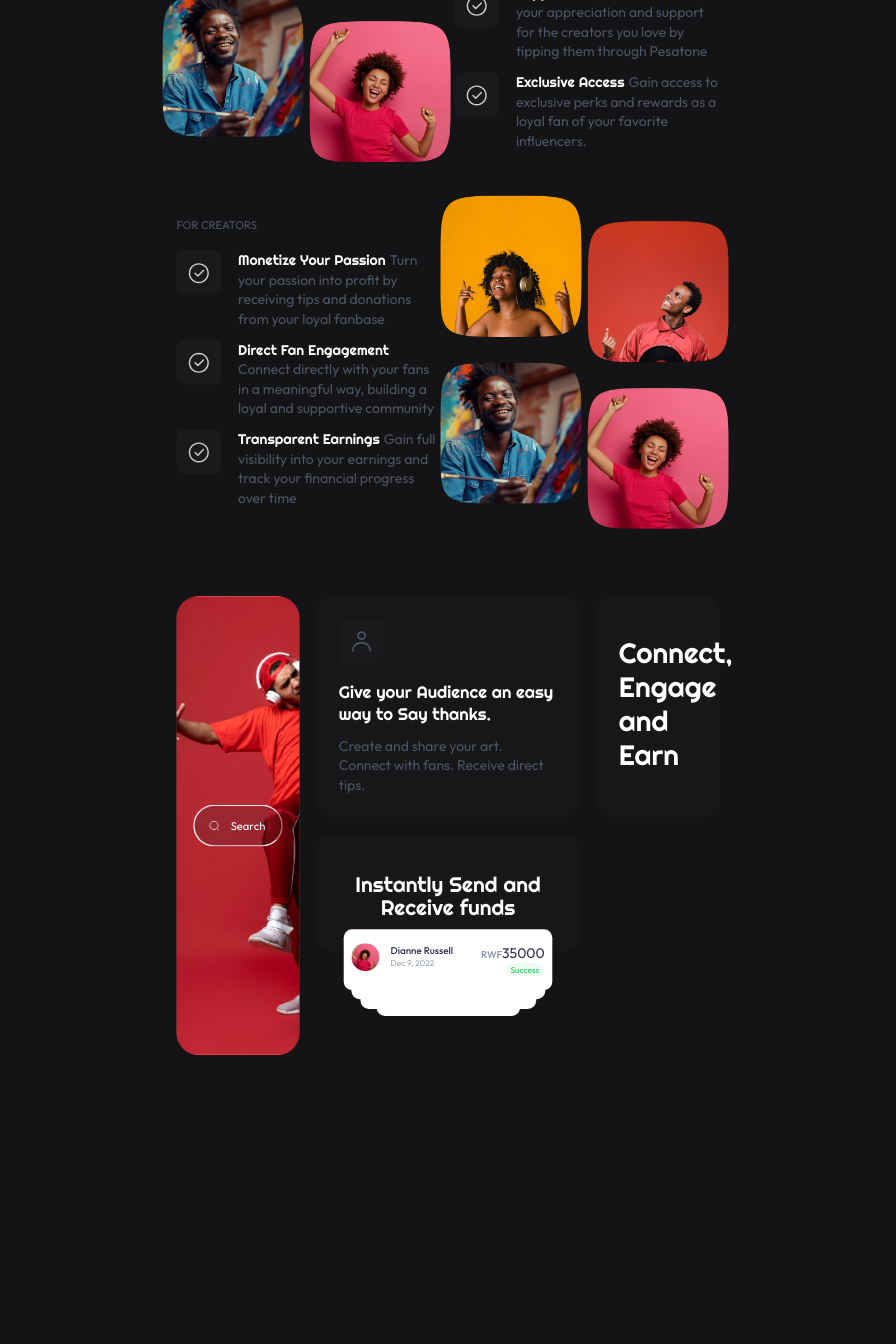
Repository: felixdusengimana/capstone-project-mirror
Page: / (app in frontend/)
An editor plug-in stored every save of this project. The page is shown before and after the next save, followed by the edit.
The browser window is 1280 px wide. The pictures show the part of the page from y = 2169 to 4089 px (the page is 4089 px tall), at 70% of full size.
The project was rebuilt for these pictures with package versions that can differ from the ones it lists, and the page was loaded fresh each time. The framework's server and built-in components were replaced by stand-ins that run in the browser. Also part of the build but not shown: frontend/next.config.mjs.

Above is the page before, as saved 2024-03-11 17:17:07.

### frontend/app/layout.tsx
import type { Metadata } from "next";
import { Righteous, Outfit } from "next/font/google";
import "./globals.css";

const outfit = Outfit({ subsets: ["latin"], variable: "--font-outfit" });
const righteous = Righteous({
  subsets: ["latin"],
  variable: "--font-righteous",
  weight: "400",
});

export const metadata: Metadata = {
  title: "Pesatone - Search and gift your favorite creators",
  description:
    "A place where fans show gratitude to the African content creators they love!",
};

export default function RootLayout({
  children,
}: Readonly<{
  children: React.ReactNode;
}>) {
  return (
    <html lang="en">
      <body className={`${outfit.variable} ${righteous.variable} font-sans`}>
        {children}
      </body>
    </html>
  );
}

### frontend/app/page.tsx
import Avatar from "@/components/atoms/Avatar";
import Headline from "@/components/atoms/Headline";
import Card from "@/components/molecules/Card";
import CardIcon from "@/components/molecules/CardIcon";
import Search from "@/components/molecules/Search";
import SmallCard from "@/components/molecules/SmallCard";
import Transaction from "@/components/molecules/Transaction";
import Intro from "@/components/organisms/Intro";
import Navbar from "@/components/organisms/Navbar";
import Image from "next/image";
import React from "react";

export default function page() {
  return (
    <div className="py-[73px]">
      <Navbar />
      <Intro />
      <section className="mt-24 page-padding">
        <div className="max-w-[503px] mx-auto text-center">
          <h5 className="uppercase text-gray-600 mb-4">features</h5>
          <Headline className="text-4xl text-center">
            Unleash Your Influence with Our Exclusive Features
          </Headline>
        </div>
        <div className="grid grid-cols-3 gap-[18px] mt-12">
          <Card title="Secure Transactions" icon="secure">
            Pesatone employs advanced encryption for secure transactions,
            safeguarding you and your fans
          </Card>
          <Card title="Direct Engagement" icon="fast">
            Connect instantly with followers through Pesatone&apos;s
            user-friendly interface, fostering community and stronger
            relationships
          </Card>
          <Card title="Transparent Earnings" icon="dollar">
            Gain clear insight into earnings with Pesatone, easily tracking tips
            and donations for effective financial management
          </Card>
        </div>
      </section>

      <section className="mt-24 page-padding">
        <div className="max-w-[543px] mx-auto text-center">
          <h5 className="uppercase text-gray-600 mb-4">BENEFITS</h5>
          <Headline className="text-4xl text-center">
            Experience the Benefits: Pesatone for Fans and Creators
          </Headline>
        </div>
        <div className="grid grid-cols-2 gap-[18px] mt-12">
          <div className="grid grid-cols-2 w-fit">
            <Avatar
              alt="Profile 1"
              src="/profiles/profile4.png"
              size="2xl"
              circle={false}
              className="ml-[-20px]"
            />
            <Avatar
              alt="Profile 2"
              src={"/profiles/profile3.png"}
              size="2xl"
              circle={false}
              className="mt-[36px]"
            />
            <Avatar
              alt="Profile 3"
              src={"/profiles/profile2.png"}
              size="2xl"
              circle={false}
              className="ml-[-20px]"
            />
            <Avatar
              alt="Profile 4"
              src={"/profiles/profile1.png"}
              size="2xl"
              circle={false}
              className="mt-[36px]"
            />
          </div>
          <div className="flex flex-col justify-center">
            <h5 className="uppercase text-gray-600 mb-6">For Fans</h5>
            <div className="flex flex-col gap-4">
              <SmallCard icon="check" title="Direct Interaction">
                Engage directly with your favorite influencers, fostering a
                closer connection and deeper relationship
              </SmallCard>
              <SmallCard icon="check" title="Support Your Favorites">
                Show your appreciation and support for the creators you love by
                tipping them through Pesatone
              </SmallCard>
              <SmallCard icon="check" title="Exclusive Access ">
                Gain access to exclusive perks and rewards as a loyal fan of
                your favorite influencers.
              </SmallCard>
            </div>
          </div>
        </div>

        <div className="grid grid-cols-2 gap-[18px]  mt-12">
          <div className="flex flex-col justify-center">
            <h5 className="uppercase text-gray-600 mb-6">For creators</h5>
            <div className="flex flex-col gap-4">
              <SmallCard icon="check" title="Monetize Your Passion">
                Turn your passion into profit by receiving tips and donations
                from your loyal fanbase
              </SmallCard>
              <SmallCard icon="check" title="Direct Fan Engagement">
                Connect directly with your fans in a meaningful way, building a
                loyal and supportive community
              </SmallCard>
              <SmallCard icon="check" title="Transparent Earnings">
                Gain full visibility into your earnings and track your financial
                progress over time
              </SmallCard>
            </div>
          </div>
          <div className="grid grid-cols-2 ml-auto w-fit">
            <Avatar
              alt="Profile 1"
              src="/profiles/profile4.png"
              size="2xl"
              circle={false}
              className="ml-[-20px]"
            />
            <Avatar
              alt="Profile 2"
              src={"/profiles/profile3.png"}
              size="2xl"
              circle={false}
              className="mt-[36px]"
            />
            <Avatar
              alt="Profile 3"
              src={"/profiles/profile2.png"}
              size="2xl"
              circle={false}
              className="ml-[-20px]"
            />
            <Avatar
              alt="Profile 4"
              src={"/profiles/profile1.png"}
              size="2xl"
              circle={false}
              className="mt-[36px]"
            />
          </div>
        </div>
      </section>

      <section className="mt-24 page-padding">
        <div className="grid grid-cols-4 grid-rows-3 min-h-[862px] gap-6">
          <div className="bg-[url('/creator-bg.png')] bg-cover bg-no-repeat row-span-2 bg-red-400 rounded-[32px] px-6 flex items-center justify-center">
            <Search className="border-2 border-r-[#ffffff79] " />
          </div>
          <div className="col-span-2">
            <Card
              title={
                <p className="max-w-[374px]">
                  Give your Audience an easy way to Say thanks.
                </p>
              }
              icon="user"
              className="max-w-full"
            >
              Create and share your art. Connect with fans. Receive direct tips.
            </Card>
          </div>
          <Card
            title={
              <p className="text-[40px] leading-[49px]">
                Connect, Engage and Earn
              </p>
            }
          >
            {""}
          </Card>
          <div className="col-span-2">
            <Card
              className="max-w-full"
              title={
                <p className="w-full text-center max-w-[277px] text-[30px] mx-auto">
                  Instantly Send and Receive funds
                </p>
              }
            >
              <div className="max-w-[316px] flex justify-center mx-auto relative">
                <Transaction
                  className="absolute z-40"
                  currency="RWF"
                  status="completed"
                  date={"Dec 9, 2022"}
                  user={{
                    name: "Dianne Russell",
                    photo: "/profiles/profile1.png",
                  }}
                  amount={35000}
                />
                <Transaction
                  className="absolute top-1 max-w-[277px] z-30 bg-[#66666E]"
                  currency="RWF"
                  status="completed"
                  date={"Dec 9, 2022"}
                  user={{
                    name: "Dianne Russell",
                    photo: "/profiles/profile1.png",
                  }}
                  amount={35000}
                />
                <Transaction
                  className="absolute top-[1.5px] max-w-[251px] z-20 bg-[#404045]"
                  currency="RWF"
                  status="completed"
                  date={"Dec 9, 2022"}
                  user={{
                    name: "Dianne Russell",
                    photo: "/profiles/profile1.png",
                  }}
                  amount={35000}
                />
                <Transaction
                  className="absolute top-3 max-w-[205px] z-10 bg-[#3B3B40]"
                  currency="RWF"
                  status="completed"
                  date={"Dec 9, 2022"}
                  user={{
                    name: "Dianne Russell",
                    photo: "/profiles/profile1.png",
                  }}
                  amount={35000}
                />
              </div>
            </Card>
          </div>
        </div>
      </section>
    </div>
  );
}

### frontend/app/globals.css
@tailwind base;
@tailwind components;
@tailwind utilities;

:root {
  --bg: #141416;
  --bg-hover: #232326;
  --secondary-color: #17171A;
  --foreground-rgb: 0, 0, 0;
  --background-start-rgb: 214, 219, 220;
  --background-end-rgb: 255, 255, 255;
}

@media (prefers-color-scheme: dark) {
  :root {
    --foreground-rgb: 255, 255, 255;
    --background-start-rgb: 0, 0, 0;
    --background-end-rgb: 0, 0, 0;
  }
}

body {
  background: var(--bg);
  color: rgb(var(--foreground-rgb));
}

@layer utilities {
  .text-balance {
    text-wrap: balance;
  }
}

.page-padding {
  padding: 0 252px;
}

### frontend/components/atoms/Avatar.tsx
/* eslint-disable @next/next/no-img-element */
import { ComponentProps } from "react";
import Icon from "./Icon";

interface AvatarProps extends ComponentProps<"div"> {
  src: string;
  alt?: string;
  size?: "sm" | "md" | "lg" | "xl" | "2xl";
  circle?: boolean;
  bordered?: boolean;
  fallBackText?: string;
}
export default function Avatar({ ...props }: AvatarProps) {
  const {
    src,
    alt,
    size = "sm",
    circle = true,
    fallBackText,
    bordered,
    ...rest
  } = props;

  const sizeClasses = {
    sm: "w-10 h-10",
    md: "w-12 h-12",
    lg: "w-16 h-16",
    xl: "w-[150px] h-[150px]",
    "2xl": "w-[202px] h-[202px]",
  };

  return (
    <div
      {...rest}
      className={`${src ? "bg-transparent" : "bg-gray-100"} ${
        circle ? "rounded-full" : "rounded"
      } ${bordered ? "border-2 border-white" : ""} ${sizeClasses[size]} ${
        rest.className
      } flex items-center justify-center overflow-hidden`}
    >
      {src ? (
        <img
          src={src}
          alt={alt}
          className={`w-full ${sizeClasses[size]} object-cover`}
        />
      ) : fallBackText ? (
        fallBackText
      ) : (
        <Icon name="user" />
      )}
    </div>
  );
}

### frontend/components/atoms/Headline.tsx
import { ComponentProps } from "react";

interface HeadlineProps extends ComponentProps<"h1"> {}

export default function Headline({ ...props }: HeadlineProps) {
  return (
    <div className={`font-mono text-white ${props.className}`}>
      {props.children}
    </div>
  );
}

### frontend/components/molecules/Card.tsx
import { ComponentProps, ReactNode } from "react";
import { IconNames } from "../atoms/Icon";
import Headline from "../atoms/Headline";
import CardIcon from "./CardIcon";

interface CardProps {
  icon?: IconNames;
  title?: ReactNode | string;
  className?: string;
  children: ReactNode;
}

export default function Card({ ...props }: CardProps) {
  const { icon, title, ...rest } = props;
  return (
    <div className={`bg-[#171719] p-8 rounded-[23px]`}>
      {icon && <CardIcon icon={icon} />}
      <Headline className="text-2xl font-normal mt-6 w-full">{title}</Headline>
      <div
        className={`text-gray-600 font-normal text-xl mt-4 max-w-[333px] ${props.className}`}
      >
        {props.children}
      </div>
    </div>
  );
}

### frontend/components/molecules/Search.tsx
"use client";
import { ComponentProps, useEffect, useState } from "react";
import Icon from "../atoms/Icon";

interface SearchProps extends ComponentProps<"div"> {
  placeholder?: string;
  onSearch?: (query: string) => void;
  onClear?: () => void;
}
export default function Search({
  placeholder = "Search for creators",
  onSearch,
  onClear,
  ...props
}: SearchProps) {
  const [query, setQuery] = useState("");

  // return value after 300ms
  useEffect(
    () => {
      const timer = setTimeout(() => {
        onSearch?.(query);
      }, 300);
      return () => clearTimeout(timer);
    },
    // eslint-disable-next-line react-hooks/exhaustive-deps
    [query]
  );

  return (
    <div
      {...props}
      className={`flex bg-[#2C2C3033] px-5 py-4 gap-4 rounded-full ${props.className}`}
    >
      <Icon name="search" onClick={() => onSearch?.(query)} />
      <input
        disabled
        type="text"
        placeholder={placeholder}
        className="w-full text-white placeholder:text-white bg-transparent outline-none"
        onChange={(e) => setQuery(e.target.value)}
      />
    </div>
  );
}

### frontend/components/molecules/SmallCard.tsx
import { ComponentProps } from "react";
import { IconNames } from "../atoms/Icon";
import CardIcon from "./CardIcon";

interface SmallCardProps extends ComponentProps<"div"> {
  icon: IconNames;
  title: string;
}

export default function SmallCard({ ...props }: SmallCardProps) {
  return (
    <div className="flex gap-6">
      <CardIcon icon={props.icon} />
      <p className="text-gray-600 font-normal text-xl">
        <span className="text-white font-mono">{props.title} </span>
        {props.children}
      </p>
    </div>
  );
}

### frontend/components/molecules/Transaction.tsx
import Avatar from "../atoms/Avatar";
import Pill from "../atoms/Pill";

interface TransactionProps {
  user: {
    name: string;
    photo: string;
  };
  date: string;
  currency: string;
  amount: number;
  status: "pending" | "completed" | "rejected";
  className?: string;
}
export default function Transaction({
  user,
  date,
  currency,
  amount,
  status,
  className,
}: TransactionProps) {
  return (
    <div
      className={`flex justify-between gap-10 rounded-xl bg-white px-[11px] py-5 ${className}`}
    >
      <div className="flex gap-4">
        <Avatar src={user.photo} alt={user.name} />
        <div>
          <p className="text-sm font-medium text-[#2A2F4E]">{user.name}</p>
          <p className="text-gray-400 text-xs">{date}</p>
        </div>
      </div>
      <div className="flex flex-col items-end">
        <p className="font-normal text-[#2A2F4E]">
          <span className="font-medium text-[#838AA2] text-sm">{currency}</span>
          {amount.toString()}
        </p>
        <Pill variant={status === "pending" ? "warning" : "success"}>
          {status === "pending" ? "Pending" : "Success"}
        </Pill>
      </div>
    </div>
  );
}

### frontend/components/organisms/Intro.tsx
"use client";

import Headline from "@/components/atoms/Headline";
import Search from "@/components/molecules/Search";
import DownloadApp from "../molecules/DownloadApp";

export default function Intro() {
  return (
    <div className="grid grid-cols-2 pl-[252px]">
      <div className="mt-40">
        <Headline className="text-[64px] leading-[79.47px]">
          Search and gift your favorite creators
        </Headline>
        <p className="text-xl text-gray-600 max-w-[535px] mt-5">
          A place where fans show gratitude to the African content creators they
          love!
        </p>
        <Search className="max-w-[502px] mt-10" />

        <p className="text-gray-600 mt-24 text-base">
          Trusted Users <br />
          Rated 4.5 by 700K+ Customers
        </p>
        <div className="flex gap-6 mt-6">
          <DownloadApp os="android" />
          <DownloadApp os="ios" className="px-[42px]" />
        </div>
      </div>
      <div className="h-full w-full">
        {/* eslint-disable-next-line @next/next/no-img-element */}
        <img src="./home-bg.png" alt="" className="w-full h-full" />
      </div>
    </div>
  );
}

### frontend/components/organisms/Navbar.tsx
import Image from "next/image";
import Button from "../atoms/Button";
import Link from "next/link";

export default function Navbar() {
  return (
    <div className="page-padding flex justify-between items-center">
      <Link href={"/"} className="flex  items-center gap-2">
        <Image
          src="/logo-white.png"
          alt="PESATONElogo"
          width={40}
          height={40}
        />
        <p className="text-sm">ESATONE</p>
      </Link>
      <div className="flex items-center gap-6">
        <Link href={"/login"}>
          <Button variant="secondary" className="px-12">
            Login
          </Button>
        </Link>
        <Link href={"/join"}>
          <Button variant="white" className="font-semibold">
            Sign up free
          </Button>
        </Link>
      </div>
    </div>
  );
}

### frontend/components/molecules/CardIcon.tsx
import React from "react";
import Icon, { IconNames } from "../atoms/Icon";

export default function CardIcon({ icon }: { icon: IconNames }) {
  return (
    <div className="w-16 min-w-[64px] h-16 rounded-[11px] bg-[#1A1A1C] flex items-center justify-center">
      <Icon name={icon} />
    </div>
  );
}

### frontend/components/atoms/Pill.tsx
import { ComponentProps } from "react";

interface PillProps extends ComponentProps<"div"> {
  variant?: "success" | "warning" | "error";
}
export default function Pill({ variant, ...rest }: PillProps) {
  return (
    <div
      {...rest}
      className={`px-2 py-[1.5px] rounded-full text-xs font-normal  w-fit ${
        variant === "success"
          ? "bg-[#EFFCF3] text-[#22C45E]"
          : variant === "warning"
          ? "bg-[#FFF4E5] text-[#F9A825]"
          : "bg-[#FCE8E6] text-[#EA4335]"
      } ${rest.className}`}
    >
      {rest.children}
    </div>
  );
}

### frontend/components/molecules/DownloadApp.tsx
import { ComponentProps } from "react";
import Icon from "../atoms/Icon";

interface DownloadAppProps extends ComponentProps<"div"> {
  os: "android" | "ios";
}

export default function DownloadApp({ os, ...props }: DownloadAppProps) {
  return (
    <div
      {...props}
      className={`flex items-center gap-4 px-10 py-4 border border-[#202024] bg-[#202024] rounded-full cursor-pointer min-w-[202.09px]`}
    >
      <Icon name={os == "android" ? "google-play" : "apple-store"} />
      <div>
        <p className="text-[#DBDBDB] font-medium text-[10px]">
          {os == "android" ? "Get it On" : "Download on the"}
        </p>
        <h3 className="text-[#DBDBDB] font-bold text-sm">
          {os == "android" ? "Google Play" : "App Store"}
        </h3>
      </div>
    </div>
  );
}

### frontend/components/atoms/Button.tsx
import { ComponentProps } from "react";

interface ButtonProps extends ComponentProps<"button"> {
  variant?: "dark" | "white" | "blurred" | "secondary";
  size?: "sm" | "md" | "lg";
  bordered?: boolean;
}

export default function Button({ ...props }: ButtonProps) {
  const { variant = "dark", size = "md", bordered = false } = props;

  const variantClasses = {
    dark: "bg-black text-white",
    white: "bg-white text-black",
    secondary: "bg-secondary text-white",
    blurred: "bg-blurred text-white",
  };

  const sizeClasses = {
    sm: "px-2 py-1",
    md: "px-8 py-4",
    lg: "px-6 py-3",
  };

  const borderClasses = bordered ? "border border-black" : "";

  return (
    <button
      {...props}
      className={`text-xl font-normal rounded-full ${variantClasses[variant]} ${sizeClasses[size]} ${borderClasses} ${props.className}`}
    >
      {props.children}
    </button>
  );
}

### frontend/tailwind.config.ts
import type { Config } from "tailwindcss";

const config: Config = {
  content: [
    "./pages/**/*.{js,ts,jsx,tsx,mdx}",
    "./components/**/*.{js,ts,jsx,tsx,mdx}",
    "./app/**/*.{js,ts,jsx,tsx,mdx}",
  ],
  theme: {
    extend: {
      // backgroundImage: {
      //   "gradient-radial": "radial-gradient(var(--tw-gradient-stops))",
      //   "gradient-conic":
      //     "conic-gradient(from 180deg at 50% 50%, var(--tw-gradient-stops))",
      // },
      fontFamily: {
        sans: ["var(--font-outfit)"],
        mono: ["var(--font-righteous)"],
      },
      colors: {
        secondary: "var(--secondary-color)",
      },
    },
  },
  plugins: [],
};
export default config;

Loaded but not shown: frontend/components/atoms/Icon.tsx (241 lines, source omitted)

After the next save:
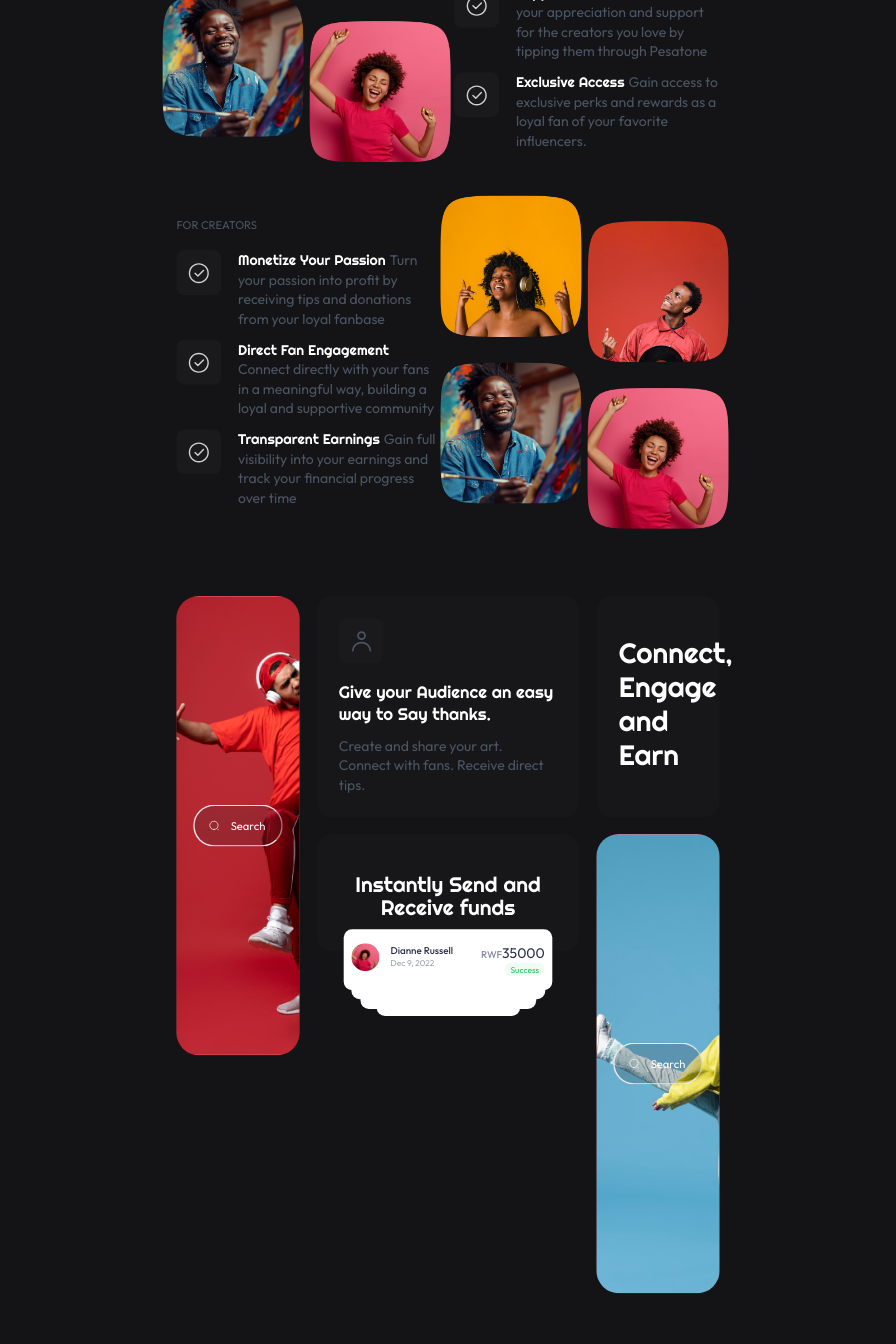
Saved 2 min 48 s later.
--- a/frontend/app/page.tsx
+++ b/frontend/app/page.tsx
@@ -231,6 +231,10 @@ export default function page() {
               </div>
             </Card>
           </div>
+
+          <div className="bg-[url('/sent-bg.png')] bg-cover bg-no-repeat row-span-2 bg-red-400 rounded-[32px] px-6 flex items-center justify-center">
+            <Search className="border-2 border-r-[#ffffff79] " />
+          </div>
         </div>
       </section>
     </div>
